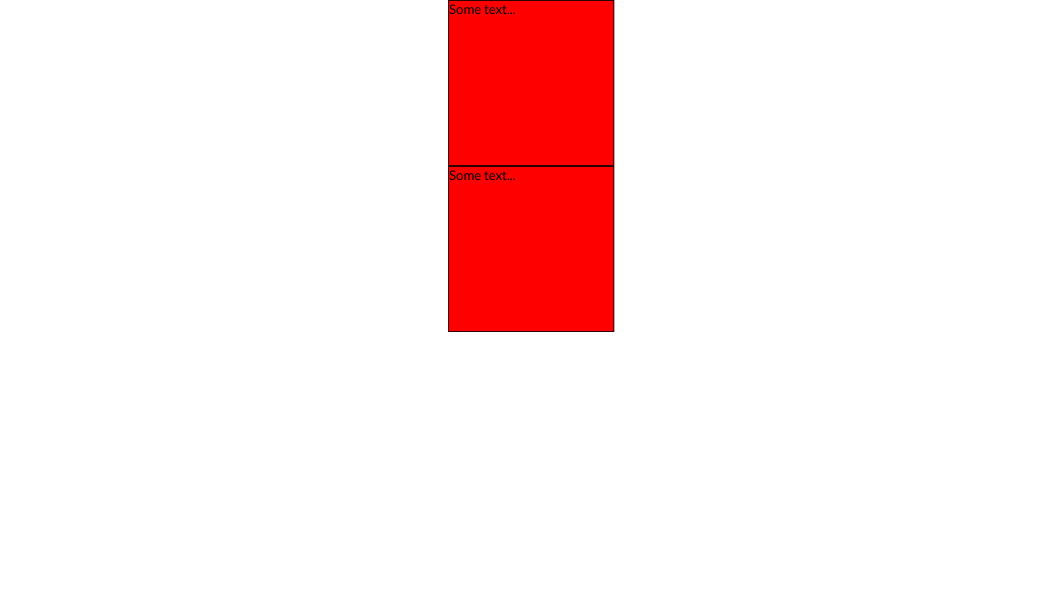
Repository: kamilluc/advanced-css-course
Page: Natours/my-implementation/index.html
An editor plug-in stored every save of this project. The page is shown before and after the next save, followed by the edit.
The browser window is 1280 px wide. The pictures show the whole page, at 83% of full size.

Above is the page before, as saved 2019-05-24 20:38:58.

### Natours/my-implementation/index.html
<!DOCTYPE html>
<html lang="en">
  <head>
    <meta charset="UTF-8" />
    <meta name="viewport" content="width=device-width, initial-scale=1.0" />

    <link
      href="https://fonts.googleapis.com/css?family=Lato:100,300,400,700,900"
      rel="stylesheet"
    />

    <link rel="stylesheet" href="css/icon-font.css" />
    <link rel="stylesheet" href="css/style.css" />
    <link rel="shortcut icon" type="image/png" href="img/favicon.png" />

    <title>Natours | Exciting tours for adventurous people</title>
  </head>
  <body>
    <!-- HEADER -->
    <header class="header">
      Some text...
    </header>
    <header class="header">
      Some text...
    </header>
  </body>
</html>

### Natours/my-implementation/css/style.css
/*
COLORS:

Light green: #7ed56f
Medium green: #55c57a
Dark green: #28b485

*/
/* BASIC RESET, NORMALIZE COULD BE USED BUT NOT REALLY NEEDED */
*,
::before,
::after {
  margin: 0;
  padding: 0;
  box-sizing: border-box;
}

/* FONTS SETTING HERE, NOT IN * CUZ THEY ARE INHERITED */
body {
  font-family: "Lato", sans-serif;
}
.header {
  height: 200px;
  width: 200px;
  background-color: red;
  margin: 0 auto;
  border: 1px solid;
}

Loaded but not shown: Natours/my-implementation/css/icon-font.css (no copy from this time; the picture is the same without it)

After the next save:
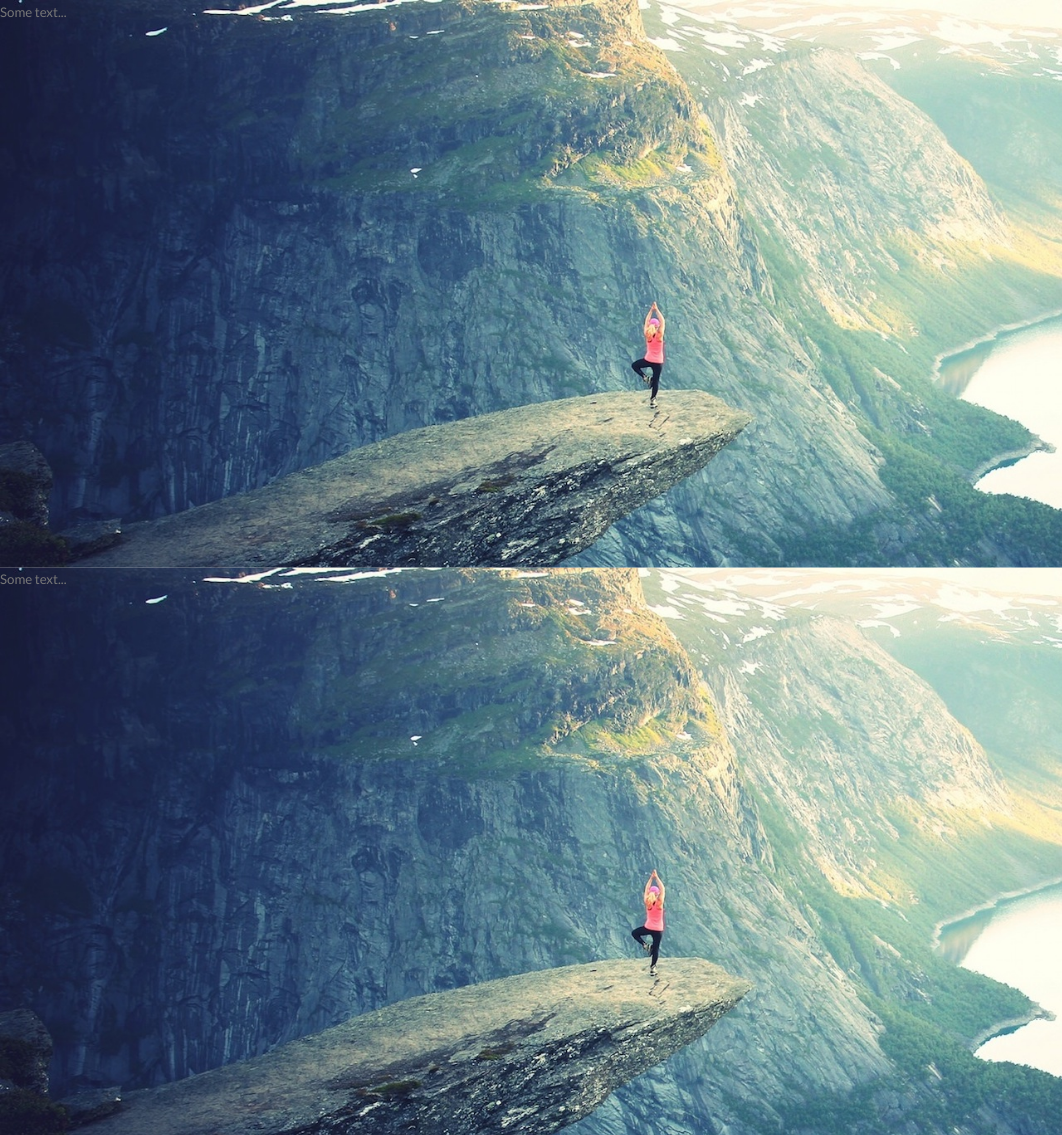
Saved 2 min 24 s later.
--- a/Natours/my-implementation/css/style.css
+++ b/Natours/my-implementation/css/style.css
@@ -6,6 +6,7 @@ Medium green: #55c57a
 Dark green: #28b485
 
 */
+
 /* BASIC RESET, NORMALIZE COULD BE USED BUT NOT REALLY NEEDED */
 *,
 ::before,
@@ -18,11 +19,13 @@ Dark green: #28b485
 /* FONTS SETTING HERE, NOT IN * CUZ THEY ARE INHERITED */
 body {
   font-family: "Lato", sans-serif;
+  font-weight: 400;
+  font-size: 16px;
+  line-height: 1.7;
+  color: #777;
 }
+
 .header {
-  height: 200px;
-  width: 200px;
-  background-color: red;
-  margin: 0 auto;
-  border: 1px solid;
+  height: 95vh;
+  background-image: url("../img/hero.jpg");
 }
